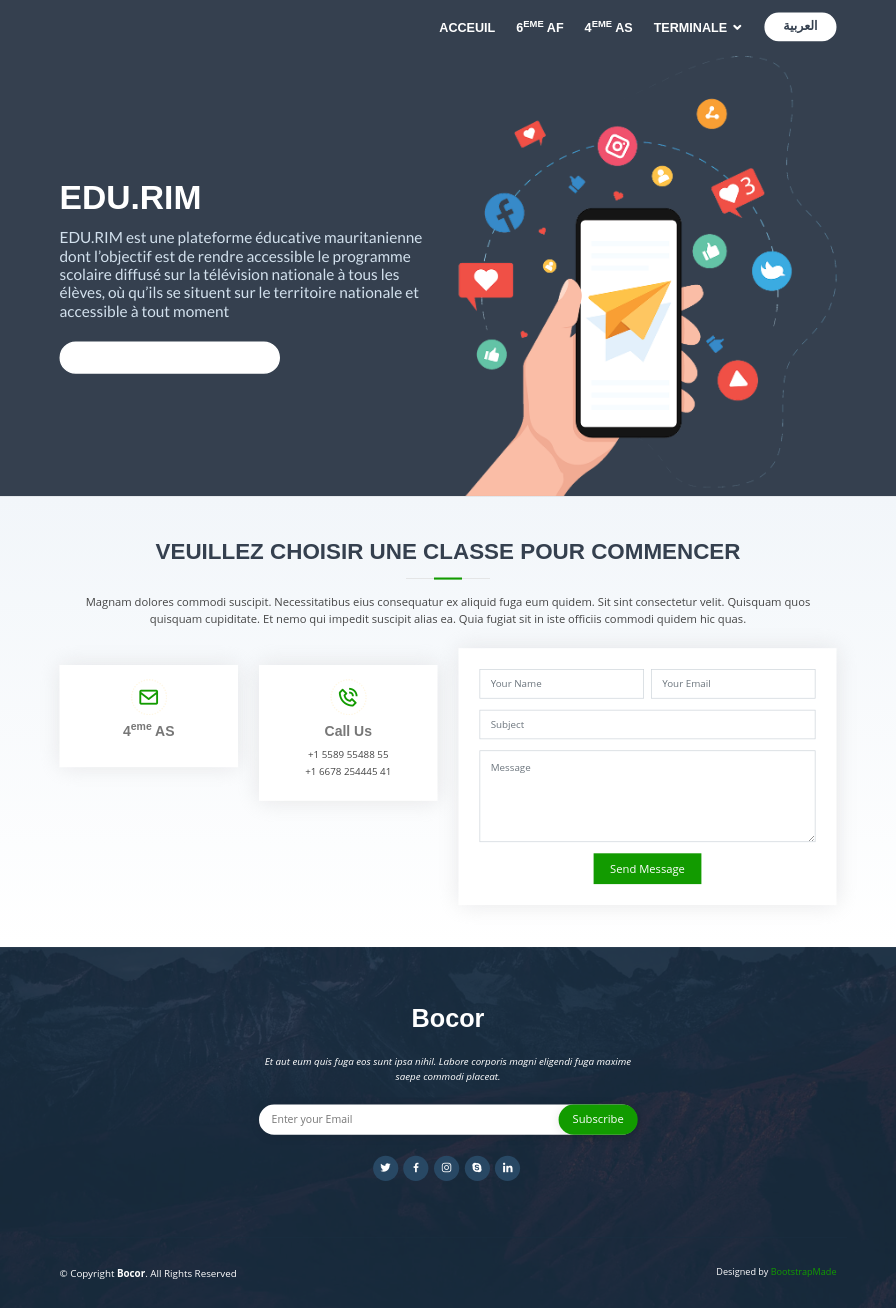
Repository: athiemohamed/courat
Page: http://localhost/
An editor plug-in stored every save of this project. The page is shown before and after the next save, followed by the edit.
The browser window is 1280 px wide. The pictures show the whole page, at 70% of full size.
The pointer rests on the first visible `#hero .btn-get-started`.
Some web fonts or font styles are not loaded; a fallback is used. The page is run by PHP 8.4 with error messages shown; the project is at /var/www/html/. Other server files are loaded and not shown.

Above is the page before, as saved 2020-03-26 12:15:50.

### assets/css/style.css
/**
* Template Name: Bocor - v2.0.0
* Template URL: https://bootstrapmade.com/bocor-bootstrap-template-nice-animation/
* Author: BootstrapMade.com
* License: https://bootstrapmade.com/license/
*/

/*--------------------------------------------------------------
# General
--------------------------------------------------------------*/
body {
  font-family: "Open Sans", sans-serif;
  color: #444444;
}

a {
  color: #129b00;
}

a:hover {
  color: #129b00;
  text-decoration: none;
}

h1, h2, h3, h4, h5, h6 {
  font-family: "Raleway", sans-serif;
}

/*--------------------------------------------------------------
# Back to top button
--------------------------------------------------------------*/
.back-to-top {
  position: fixed;
  display: none;
  width: 40px;
  height: 40px;
  border-radius: 50px;
  right: 15px;
  bottom: 15px;
  background: #129b00;
  color: #fff;
  transition: display 0.5s ease-in-out;
  z-index: 99999;
  transition: all ease-in-out 0.3s;
}

.back-to-top i {
  font-size: 24px;
  position: absolute;
  top: 8px;
  left: 8px;
}

.back-to-top:hover {
  color: #fff;
  background: #129b00;
}

/*--------------------------------------------------------------
# Header
--------------------------------------------------------------*/
#header {
  height: 80px;
  transition: all 0.5s;
  z-index: 997;
  transition: all 0.5s;
  padding: 16px 0;
  background: #35404f;
}

#header .logo h1 {
  font-size: 24px;
  margin: 0;
  padding: 10px 0;
  line-height: 1;
  font-weight: 700;
  letter-spacing: 3px;
  text-transform: uppercase;
  font-family: "Poppins", sans-serif;
}

#header .logo h1 a, #header .logo h1 a:hover {
  color: #fff;
  text-decoration: none;
}

#header .logo h1 a span, #header .logo h1 a:hover span {
  color: #129b00;
}

#header .logo img {
  padding: 0;
  margin: 0;
  max-height: 40px;
}

/*--------------------------------------------------------------
# Navigation Menu
--------------------------------------------------------------*/
/* Desktop Navigation */
.nav-menu, .nav-menu * {
  margin: 0;
  padding: 0;
  list-style: none;
}

.nav-menu > ul > li {
  position: relative;
  white-space: nowrap;
  float: left;
}

.nav-menu ul {
  border-radius: 6px;
}

.nav-menu a {
  display: block;
  position: relative;
  color: #fff;
  font-weight: bold;
  padding: 10px 15px;
  transition: 0.3s;
  font-size: 18px;
  font-family: 'Cairo', sans-serif;
  font-weight: bold;
}

.nav-menu a:hover, .nav-menu .active > a, .nav-menu li:hover > a {
  color: #fff;
  text-decoration: none;
}

.nav-menu .get-started a {
  background: #fff;
  font-size: 18px;
  font-family: 'Cairo', sans-serif;
  color: #35404f;
  border-radius: 50px;
  margin: 2px 0 0 15px;
  padding: 4px 25px 6px 25px;
  border: 2px solid #fff;
}

.nav-menu .get-started a:hover {
  background: #35404f;
  color: #fff;
  border: 1px solid #fff;
}

.nav-menu .drop-down ul {
  display: block;
  position: absolute;
  left: 0;
  top: calc(100% - 30px);
  z-index: 99;
  opacity: 0;
  visibility: hidden;
  padding: 10px 0;
  background: #fff;
  box-shadow: 0px 0px 30px rgba(127, 137, 161, 0.25);
  transition: ease all 0.3s;
}

.nav-menu .drop-down:hover > ul {
  opacity: 1;
  top: 100%;
  visibility: visible;
}

.nav-menu .drop-down li {
  min-width: 180px;
  position: relative;
}

.nav-menu .drop-down ul a {
  padding: 10px 20px;
  font-size: 14px;
  font-weight: 500;
  text-transform: none;
  color: #35404f;
}

.nav-menu .drop-down ul a:hover, .nav-menu .drop-down ul .active > a, .nav-menu .drop-down ul li:hover > a {
  color: #129b00;
}

.nav-menu .drop-down > a:after {
  content: "\ea99";
  font-family: IcoFont;
  padding-left: 5px;
}

.nav-menu .drop-down .drop-down ul {
  top: 0;
  left: calc(100% - 30px);
}

.nav-menu .drop-down .drop-down:hover > ul {
  opacity: 1;
  top: 0;
  left: 100%;
}

.nav-menu .drop-down .drop-down > a {
  padding-right: 35px;
}

.nav-menu .drop-down .drop-down > a:after {
  content: "\eaa0";
  font-family: IcoFont;
  position: absolute;
  right: 15px;
}

@media (max-width: 1366px) {
  .nav-menu .drop-down .drop-down ul {
    left: -90%;
  }
  .nav-menu .drop-down .drop-down:hover > ul {
    left: -100%;
  }
  .nav-menu .drop-down .drop-down > a:after {
    content: "\ea9d";
  }
}

/* Mobile Navigation */
.mobile-nav-toggle {
  position: fixed;
  right: 15px;
  top: 15px;
  z-index: 9998;
  border: 0;
  background: none;
  font-size: 24px;
  transition: all 0.4s;
  outline: none !important;
  line-height: 1;
  cursor: pointer;
  text-align: right;
}

.mobile-nav-toggle i {
  color: #fff;
}

.mobile-nav {
  position: fixed;
  top: 55px;
  right: 15px;
  bottom: 15px;
  left: 15px;
  z-index: 9999;
  overflow-y: auto;
  background: #fff;
  transition: ease-in-out 0.2s;
  opacity: 0;
  visibility: hidden;
  border-radius: 10px;
  padding: 10px 0;
}

.mobile-nav * {
  margin: 0;
  padding: 0;
  list-style: none;
}

.mobile-nav a {
  display: block;
  position: relative;
  color: #35404f;
  text-align: center;
  font-family: 'Cairo', sans-serif;
  font-weight: bold;
  padding: 10px 20px;
  outline: none;
  transition: 0.3s;
}

.mobile-nav a:hover, .mobile-nav .active > a, .mobile-nav li:hover > a {
  color: #129b00;
  text-decoration: none;
}

.mobile-nav .drop-down > a:after {
  content: "\ea99";
  font-family: IcoFont;
  padding-left: 10px;
  position: absolute;
  right: 15px;
}

.mobile-nav .active.drop-down > a:after {
  content: "\eaa1";
}

.mobile-nav .drop-down > a {
  text-align: center;
  font-family: 'Cairo', sans-serif;
  font-weight: bold;
}

.mobile-nav .drop-down ul {
  display: none;
  overflow: hidden;
}

.mobile-nav .drop-down li {
  text-align: center;
  font-family: 'Cairo', sans-serif;
}

.mobile-nav .get-started a {
  background: #35404f;
  color: #fff;
  font-family: 'Cairo', sans-serif;
  border-radius: 50px;
  margin: 15px;
  padding: 8px 25px 10px 25px;
  text-align: center;
}

.mobile-nav .get-started a:hover {
  background: #fff;
  color: #35404f;
  border: 1px solid #35404f;
}

.mobile-nav-overly {
  width: 100%;
  height: 100%;
  z-index: 9997;
  top: 0;
  left: 0;
  position: fixed;
  background: rgba(18, 33, 46, 0.6);
  overflow: hidden;
  display: none;
  transition: ease-in-out 0.2s;
}

.mobile-nav-active {
  overflow: hidden;
}

.mobile-nav-active .mobile-nav {
  opacity: 1;
  visibility: visible;
}

.mobile-nav-active .mobile-nav-toggle i {
  color: #fff;
}

/*--------------------------------------------------------------
# Hero Section
--------------------------------------------------------------*/
#hero {
  width: 100%;
  padding: 0 0 0 0;
  background: #35404f;
  background: linear-gradient(180deg, #35404f 0%, #35404f 35%, #35404f 100%);
}

#hero h1 {
  margin: 0 0 15px 0;
  font-size: 48px;
  font-weight: 700;
  line-height: 56px;
  color: #fff;
  font-family: "Cairo", sans-serif;
}

#hero h2 {
  font-family: 'Lato', sans-serif;
  color: #d2e0ed;
  margin-bottom: 30px;
  font-size: 22px;
}

#hero .btn-get-started {
  color: #fff;
  border-radius: 50px;
  padding: 8px 35px 10px 35px;
  border: 2px solid #fff;
  transition: all ease-in-out 0.3s;
  display: inline-block;
  background: #35404f;
}

#hero .btn-get-started:hover {
  background: #fff;
  color: #fff;
}

@media (max-width: 991px) {
  #hero .hero-img {
    text-align: center;
  }
  #hero .hero-img img {
    width: 50%;
  }
}

@media (max-width: 768px) {
  #hero {
    -moz-text-align-last: center;
    text-align-last: center;
  }
  #hero h1 {
    font-size: 28px;
    line-height: 36px;
  }
  #hero h2 {
    font-size: 18px;
    line-height: 24px;
    margin-bottom: 30px;
  }
  #hero .hero-img img {
    width: 70%;
  }
}

@media (max-width: 575px) {
  #hero .hero-img img {
    width: 80%;
  }
}

/*--------------------------------------------------------------
# Sections General
--------------------------------------------------------------*/
section {
  padding: 60px 0;
  overflow: hidden;
}

.section-bg {
  background: linear-gradient(180deg, #f2f6fa 0%, #fff 100%);
}

.section-title {
  text-align: center;
  padding-bottom: 30px;
}

.section-title h2 {
  font-size: 32px;
  font-weight: 600;
  text-transform: uppercase;
  margin-bottom: 20px;
  padding-bottom: 20px;
  position: relative;
  font-family: "Poppins", sans-serif;
  color: #35404f;
}

.section-title h2::before {
  content: '';
  position: absolute;
  display: block;
  width: 120px;
  height: 1px;
  background: #ddd;
  bottom: 1px;
  left: calc(50% - 60px);
}

.section-title h2::after {
  content: '';
  position: absolute;
  display: block;
  width: 40px;
  height: 3px;
  background: #129b00;
  bottom: 0;
  left: calc(50% - 20px);
}

.section-title p {
  margin-bottom: 0;
}

/*--------------------------------------------------------------
# Clients
--------------------------------------------------------------*/
.clients {
  padding: 0;
}

.clients .client-logo {
  display: flex;
  justify-content: center;
  align-items: center;
  overflow: hidden;
  height: 120px;
}

.clients .client-logo img {
  height: 40px;
}

.clients .client-logo:hover img {
  transform: scale(1.2);
}

.clients img {
  transition: all 0.4s ease-in-out;
}

/*--------------------------------------------------------------
# About
--------------------------------------------------------------*/
.about .content {
  padding: 30px 0;
}

.about .content h3 {
  font-weight: 700;
  font-size: 34px;
  color: #35404f;
}

.about .content p {
  margin-bottom: 0;
}

.about .content .icon-box {
  margin-top: 25px;
}

.about .content .icon-box h4 {
  font-size: 20px;
  font-weight: 700;
  margin: 5px 0 10px 60px;
  color: #35404f;
}

.about .content .icon-box h4 a {
  color: #35404f;
  transition: 0.3s;
}

.about .content .icon-box h4 a:hover {
  color: #129b00;
}

.about .content .icon-box i {
  font-size: 48px;
  float: left;
  color: #129b00;
}

.about .content .icon-box p {
  font-size: 15px;
  color: #848484;
  margin-left: 60px;
}

.about .image {
  background: url("../img/about.jpg") center center no-repeat;
  background-size: cover;
  min-height: 400px;
}

@media (max-width: 667px) {
  .about .image img {
    max-width: 100%;
  }
}

/*--------------------------------------------------------------
# Services
--------------------------------------------------------------*/
.services {
  padding-bottom: 40px;
}

.services .card {
  border: 0;
  padding: 0 30px;
  margin-bottom: 60px;
  position: relative;
  background: transparent;
}

.services .card-img {
  width: calc(100% + 60px);
  margin-left: -30px;
  overflow: hidden;
  z-index: 9;
  border-radius: 0;
}

.services .card-img img {
  max-width: 100%;
  transition: all 0.3s ease-in-out;
}

.services .card-body {
  z-index: 10;
  background: #fff;
  border-top: 4px solid #fff;
  padding: 30px;
  box-shadow: 0px 2px 15px rgba(0, 0, 0, 0.1);
  margin-top: -60px;
  transition: 0.3s;
}

.services .card-title {
  font-weight: 700;
  text-align: center;
  margin-bottom: 20px;
}

.services .card-title a {
  color: #35404f;
  transition: 0.3s;
}

.services .card-text {
  color: #5e5e5e;
}

.services .read-more a {
  color: #777777;
  text-transform: uppercase;
  font-weight: 600;
  font-size: 12px;
  transition: 0.3s;
}

.services .read-more a:hover {
  color: #129b00;
}

.services .card:hover img {
  transform: scale(1.1);
}

.services .card:hover .card-body {
  border-color: #129b00;
}

.services .card:hover .card-body .card-title a {
  color: #129b00;
}

/*--------------------------------------------------------------
# Features
--------------------------------------------------------------*/
.features .content + .content {
  margin-top: 100px;
}

.features .content h3 {
  font-weight: 700;
  font-size: 26px;
  color: #35404f;
}

.features .content ul {
  list-style: none;
  padding: 0;
}

.features .content ul li {
  padding-bottom: 10px;
}

.features .content ul i {
  font-size: 20px;
  padding-right: 4px;
  color: #129b00;
}

.features .content p:last-child {
  margin-bottom: 0;
}

/*--------------------------------------------------------------
# Portfolio
--------------------------------------------------------------*/
.portfolio .portfolio-item {
  margin-bottom: 30px;
}

.portfolio #portfolio-flters {
  padding: 0;
  margin: 0 0 35px 0;
  list-style: none;
  text-align: center;
}

.portfolio #portfolio-flters li {
  cursor: pointer;
  margin: 0 5px 5px 0;
  display: inline-block;
  padding: 10px 15px;
  font-size: 16px;
  font-weight: 600;
  line-height: 20px;
  color: #444444;
  margin-bottom: 5px;
  transition: all 0.3s ease-in-out;
}

.portfolio #portfolio-flters li:hover, .portfolio #portfolio-flters li.filter-active {
  color: #129b00;
}

.portfolio #portfolio-flters li:last-child {
  margin-right: 0;
}

.portfolio .portfolio-wrap {
  transition: 0.3s;
  position: relative;
  overflow: hidden;
  border-radius: 8px;
  z-index: 1;
}

.portfolio .portfolio-wrap::before {
  content: "";
  background: rgba(33, 59, 82, 0.6);
  position: absolute;
  left: 100%;
  right: 0;
  top: 0;
  bottom: 0;
  transition: all ease-in-out 0.3s;
  z-index: 2;
}

.portfolio .portfolio-wrap img {
  transition: 0.3s;
}

.portfolio .portfolio-wrap .portfolio-links {
  opacity: 0;
  left: 0;
  right: 0;
  top: calc(50% - 36px);
  text-align: center;
  z-index: 3;
  position: absolute;
  transition: all ease-in-out 0.3s;
}

.portfolio .portfolio-wrap .portfolio-links a {
  color: #129b00;
  font-size: 24px;
  line-height: 1;
  text-align: center;
  width: 36px;
  height: 36px;
  display: inline-block;
  transition: 0.3s;
}

.portfolio .portfolio-wrap .portfolio-links a:hover {
  color: #fff;
}

.portfolio .portfolio-wrap .portfolio-info {
  opacity: 0;
  position: absolute;
  bottom: -20px;
  left: 0;
  right: 0;
  text-align: center;
  z-index: 3;
  transition: all ease-in-out 0.3s;
}

.portfolio .portfolio-wrap .portfolio-info h4 {
  font-size: 20px;
  color: #fff;
  font-weight: 600;
}

.portfolio .portfolio-wrap .portfolio-info p {
  color: #ffffff;
  font-size: 14px;
  text-transform: uppercase;
}

.portfolio .portfolio-wrap:hover::before {
  left: 0;
}

.portfolio .portfolio-wrap:hover .portfolio-links {
  opacity: 1;
  top: calc(50% - 18px);
}

.portfolio .portfolio-wrap:hover .portfolio-info {
  opacity: 1;
  bottom: 0;
}

/*--------------------------------------------------------------
# Team
--------------------------------------------------------------*/
.team .member {
  text-align: center;
  margin-bottom: 20px;
}

.team .member .pic {
  margin-bottom: 15px;
  overflow: hidden;
  min-height: 260px;
}

.team .member .pic img {
  max-width: 100%;
}

.team .member h4 {
  font-weight: 700;
  margin-bottom: 2px;
  font-size: 18px;
  color: #35404f;
}

.team .member span {
  font-style: italic;
  display: block;
  font-size: 13px;
}

.team .member .social {
  margin-top: 15px;
}

.team .member .social a {
  color: #5289ba;
  transition: 0.3s;
}

.team .member .social a:hover {
  color: #129b00;
}

.team .member .social i {
  font-size: 18px;
  margin: 0 2px;
}

/*--------------------------------------------------------------
# Pricing
--------------------------------------------------------------*/
.pricing .row {
  padding-top: 40px;
}

.pricing .box {
  padding: 40px;
  margin-bottom: 30px;
  box-shadow: 0px 0px 30px rgba(73, 78, 92, 0.15);
  background: #fff;
  text-align: center;
  position: relative;
}

.pricing .featured-badge {
  display: inline-block;
  position: absolute;
  top: -11px;
  left: calc(50% - 49px);
  background: #129b00;
  color: #fff;
  text-align: center;
  line-height: 1;
  border-radius: 50px;
  padding: 4px 20px 5px 20px;
  font-size: 12px;
  text-transform: uppercase;
}

.pricing h3 {
  font-weight: 300;
  margin-bottom: 15px;
  font-size: 28px;
}

.pricing h4 {
  font-size: 46px;
  color: #129b00;
  font-weight: 400;
  font-family: "Open Sans", sans-serif;
  margin-bottom: 25px;
}

.pricing h4 span {
  color: #bababa;
  font-size: 18px;
  display: block;
}

.pricing ul {
  padding: 0;
  list-style: none;
  color: #999;
  text-align: left;
  line-height: 20px;
}

.pricing ul li {
  padding-bottom: 12px;
}

.pricing ul i {
  color: #129b00;
  font-size: 18px;
  padding-right: 4px;
}

.pricing ul .na {
  color: #ccc;
}

.pricing ul .na i {
  color: #ccc;
}

.pricing ul .na span {
  text-decoration: line-through;
}

.pricing .get-started-btn {
  background: #35404f;
  display: inline-block;
  padding: 6px 30px;
  border-radius: 20px;
  color: #fff;
  transition: none;
  font-size: 14px;
  font-weight: 400;
  font-family: "Raleway", sans-serif;
  transition: 0.3s;
}

.pricing .get-started-btn:hover {
  background: #129b00;
}

.pricing .featured {
  z-index: 10;
  margin: -30px -5px 0 -5px;
  border: 1px solid #129b00;
}

.pricing .featured .get-started-btn {
  background: #129b00;
}

.pricing .featured .get-started-btn:hover {
  background: #fdcd5c;
}

@media (max-width: 992px) {
  .pricing .box {
    max-width: 60%;
    margin: 0 auto 30px auto;
  }
}

@media (max-width: 767px) {
  .pricing .box {
    max-width: 80%;
    margin: 0 auto 30px auto;
  }
}

@media (max-width: 420px) {
  .pricing .box {
    max-width: 100%;
    margin: 0 auto 30px auto;
  }
}

/*--------------------------------------------------------------
# Frequently Asked Questions
--------------------------------------------------------------*/
.faq .faq-item {
  margin: 20px 0;
  padding: 20px 0;
  border-bottom: 1px solid #dde8f1;
}

.faq .faq-item i {
  color: #9bbbd7;
  font-size: 20px;
  float: left;
  line-height: 0;
  padding: 13px 0 0 0;
  margin: 0;
}

.faq .faq-item h4 {
  font-size: 16px;
  line-height: 26px;
  font-weight: 500;
  margin: 0 0 10px 28px;
  font-family: "Poppins", sans-serif;
}

.faq .faq-item p {
  font-size: 15px;
}

/*--------------------------------------------------------------
# Contact
--------------------------------------------------------------*/
.contact .info-box {
  color: #444444;
  text-align: center;
  box-shadow: 0 0 30px rgba(214, 215, 216, 0.6);
  padding: 20px 0 30px 0;
  background: #fff;
}

.contact .info-box i {
  font-size: 32px;
  color: #129b00;
  border-radius: 50%;
  padding: 8px;
  border: 2px dotted #fff7e5;
}

.contact .info-box h3 {
  font-size: 20px;
  color: #777777;
  font-weight: 700;
  margin: 10px 0;
}

.contact .info-box p {
  padding: 0;
  line-height: 24px;
  font-size: 14px;
  margin-bottom: 0;
}

.contact .php-email-form {
  box-shadow: 0 0 30px rgba(214, 215, 216, 0.6);
  padding: 30px;
  background: #fff;
}

.contact .php-email-form .validate {
  display: none;
  color: red;
  margin: 0 0 15px 0;
  font-weight: 400;
  font-size: 13px;
}

.contact .php-email-form .error-message {
  display: none;
  color: #fff;
  background: #ed3c0d;
  text-align: center;
  padding: 15px;
  font-weight: 600;
}

.contact .php-email-form .sent-message {
  display: none;
  color: #fff;
  background: #18d26e;
  text-align: center;
  padding: 15px;
  font-weight: 600;
}

.contact .php-email-form .loading {
  display: none;
  background: #fff;
  text-align: center;
  padding: 15px;
}

.contact .php-email-form .loading:before {
  content: "";
  display: inline-block;
  border-radius: 50%;
  width: 24px;
  height: 24px;
  margin: 0 10px -6px 0;
  border: 3px solid #18d26e;
  border-top-color: #eee;
  -webkit-animation: animate-loading 1s linear infinite;
  animation: animate-loading 1s linear infinite;
}

.contact .php-email-form input, .contact .php-email-form textarea {
  border-radius: 0;
  box-shadow: none;
  font-size: 14px;
}

.contact .php-email-form input::focus, .contact .php-email-form textarea::focus {
  background-color: #129b00;
}

.contact .php-email-form input {
  padding: 20px 15px;
}

.contact .php-email-form textarea {
  padding: 12px 15px;
}

.contact .php-email-form button[type="submit"] {
  background: #129b00;
  border: 0;
  padding: 10px 24px;
  color: #fff;
  transition: 0.4s;
}

.contact .php-email-form button[type="submit"]:hover {
  background: #fdd067;
}

@-webkit-keyframes animate-loading {
  0% {
    transform: rotate(0deg);
  }
  100% {
    transform: rotate(360deg);
  }
}

@keyframes animate-loading {
  0% {
    transform: rotate(0deg);
  }
  100% {
    transform: rotate(360deg);
  }
}

/*--------------------------------------------------------------
# Footer
--------------------------------------------------------------*/
#footer {
  background: url("../img/footer-bg.jpg") center center no-repeat;
  color: #fff;
  font-size: 14px;
  position: relative;
}

#footer::before {
  content: "";
  position: absolute;
  left: 0;
  right: 0;
  top: 0;
  bottom: 0;
  background: rgba(26, 46, 64, 0.85);
  z-index: 1;
}

#footer .footer-top {
  position: relative;
  z-index: 2;
  text-align: center;
  padding: 80px 0;
}

#footer .footer-top h3 {
  font-size: 36px;
  font-weight: 700;
  color: #fff;
  position: relative;
  font-family: "Poppins", sans-serif;
  padding-bottom: 0;
  margin-bottom: 0;
}

#footer .footer-top p {
  font-size: 15;
  font-style: italic;
  margin: 30px 0 0 0;
  padding: 0;
}

#footer .footer-top .footer-newsletter {
  text-align: center;
  font-size: 15px;
  margin-top: 30px;
}

#footer .footer-top .footer-newsletter form {
  background: #fff;
  padding: 6px 10px;
  position: relative;
  border-radius: 50px;
  box-shadow: 0px 2px 15px rgba(0, 0, 0, 0.1);
  text-align: left;
}

#footer .footer-top .footer-newsletter form input[type="email"] {
  border: 0;
  padding: 4px 8px;
  width: calc(100% - 100px);
}

#footer .footer-top .footer-newsletter form input[type="submit"] {
  position: absolute;
  top: 0;
  right: -1px;
  bottom: 0;
  border: 0;
  background: none;
  font-size: 16px;
  padding: 0 20px;
  background: #129b00;
  color: #fff;
  transition: 0.3s;
  border-radius: 50px;
  box-shadow: 0px 2px 15px rgba(0, 0, 0, 0.1);
}

#footer .footer-top .footer-newsletter form input[type="submit"]:hover {
  background: #fcb102;
}

#footer .footer-top .social-links {
  margin-top: 30px;
}

#footer .footer-top .social-links a {
  font-size: 18px;
  display: inline-block;
  background: #284864;
  color: #fff;
  line-height: 1;
  padding: 8px 0;
  margin-right: 4px;
  border-radius: 50%;
  text-align: center;
  width: 36px;
  height: 36px;
  transition: 0.3s;
}

#footer .footer-top .social-links a:hover {
  background: #fcb102;
  color: #fff;
  text-decoration: none;
}

#footer .footer-bottom {
  border-top: 1px solid #1a2e40;
  z-index: 2;
  position: relative;
  padding-top: 40px;
  padding-bottom: 40px;
}

#footer .copyright {
  text-align: center;
  float: left;
}

#footer .credits {
  float: right;
  text-align: center;
  font-size: 13px;
}

@media (max-width: 768px) {
  #footer .copyright, #footer .credits {
    padding: 5px;
    float: none;
    text-align: ceneter;
  }
}









/* CUSTOM */
.info-box span {
  border: 1px solid #129b00;
  border-radius: 50% !important;
  margin: 0 5px;
}

Loaded but not shown: assets/js/main.js (117 lines, source omitted); index.php (269 lines, source omitted)

After the next save:
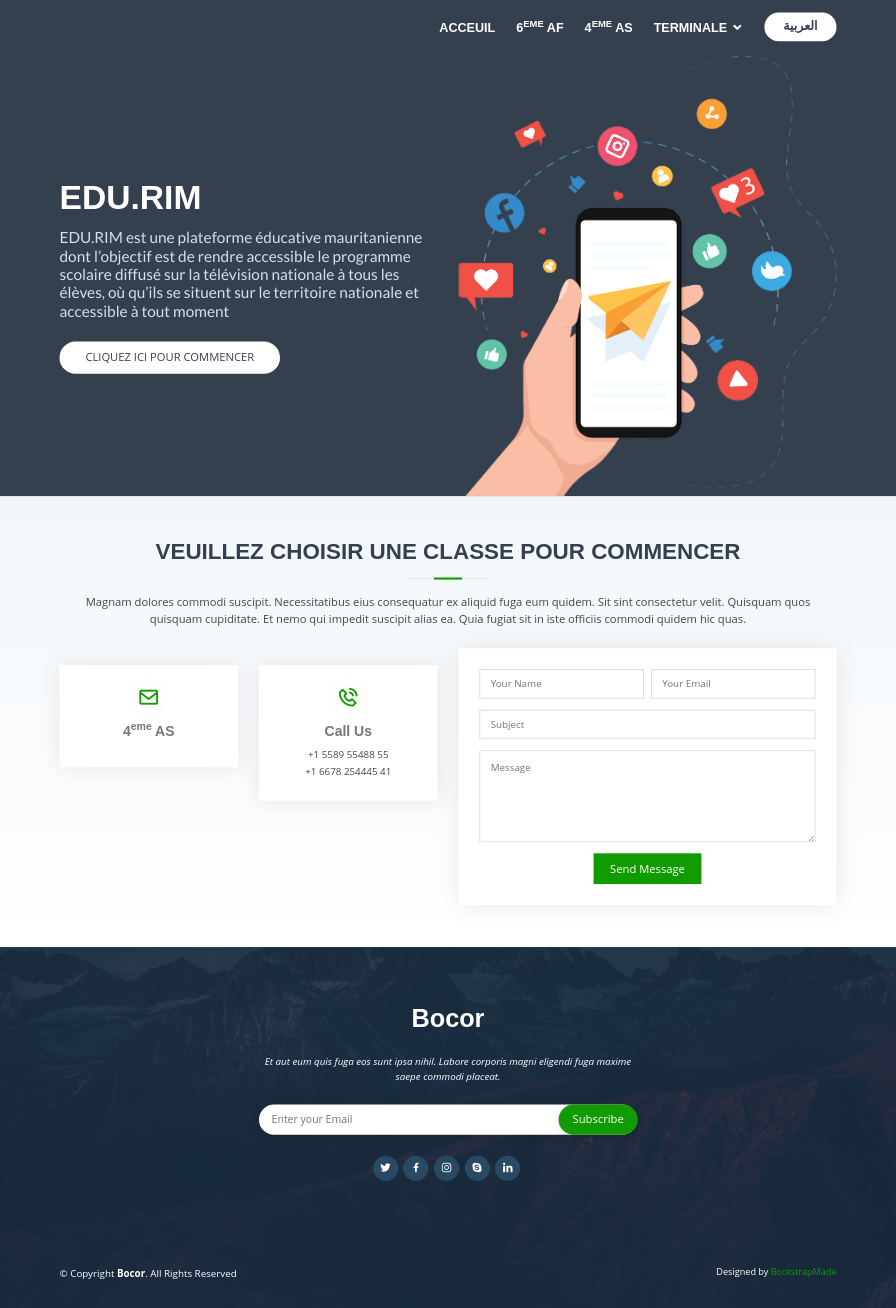
Saved 8 s later.
--- a/assets/css/style.css
+++ b/assets/css/style.css
@@ -392,7 +392,7 @@ h1, h2, h3, h4, h5, h6 {
 
 #hero .btn-get-started:hover {
   background: #fff;
-  color: #fff;
+  color: #35404f;
 }
 
 @media (max-width: 991px) {
